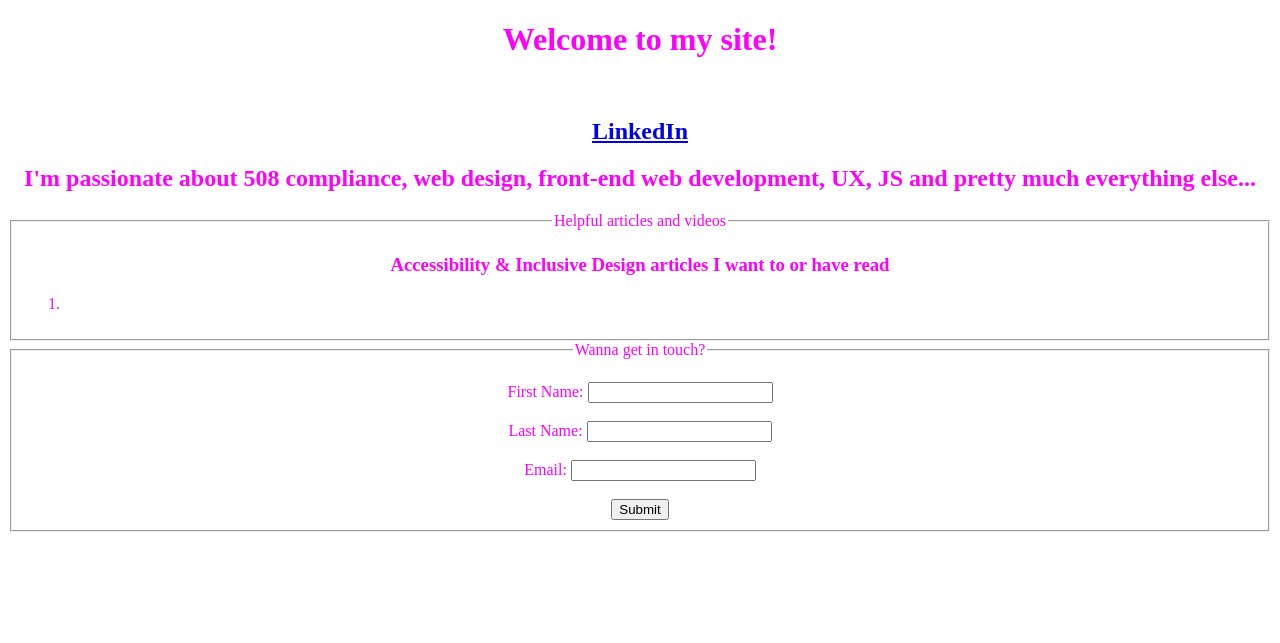
Repository: jasvr/jasvr.io
Page: index.html
An editor plug-in stored every save of this project. The page is shown before and after the next save, followed by the edit.
The browser window is 1280 px wide. The pictures show the whole page.

Above is the page before, as saved 2020-01-10 15:00:04.

### index.html
<!DOCTYPE html>
<html lang="en">
<head>
    <meta charset="UTF-8">
    <meta name="viewport" content="width=device-width, initial-scale=1.0">
    <meta http-equiv="X-UA-Compatible" content="ie=edge">
    <title>Jasmin Vargas</title>
    <link href="style.css" type="text/css" rel="stylesheet">
</head>
<body>
    <h1>Welcome to my site!</h1>
    <br>
    <h2><a href="https://www.linkedin.com/in/jasvrgs/">LinkedIn</a></h2>
    <h2>I'm passionate about 508 compliance, web design, front-end web development, UX, JS and pretty much everything else...</h2>

    <fieldset>
        <legend>Helpful articles and videos</legend>
             <h3>Accessibility & Inclusive Design articles I want to or have read</h3>
             <ol>
                 <li></li>
             </ol>
    </fieldset>


    <fieldset>
        <legend>Wanna get in touch?</legend>
        <div>
            <br>
            <label for ="firstname">First Name: </label>
            <input type="text" name="firstname"/>
        </div>
        <div>
            <br>
            <label for ="lastname">Last Name: </label>
            <input type="text" name="lastname"/>
        </div>
        <div>
            <br>
            <label for ="email">Email: </label>
            <input type="text" name="email"/>

        </div>
        <div>
            <br>
            <input type="submit" value="Submit">
        </div>
    </fieldset>
</body>
</html>

### style.css
body{
    color:magenta;
    text-align:center;
    }

    *:focus{
        outline: 0;
        box-shadow: 0 0 10px #eb0486;
        border-color: #eb0486;
    }

    a:focus{
        color: #eb0486;
        font-weight: bold;
    }

    .button:focus{
        background-color: #eb0486;

    }

After the next save:
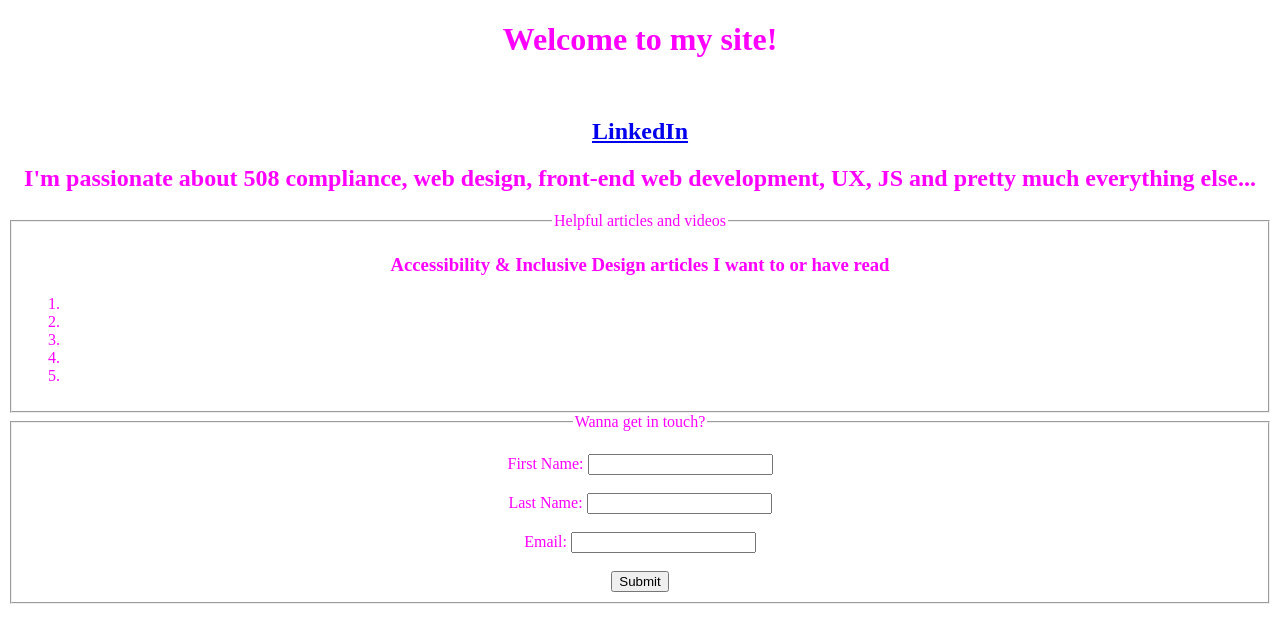
Saved 9 s later.
--- a/index.html
+++ b/index.html
@@ -18,6 +18,11 @@
              <h3>Accessibility & Inclusive Design articles I want to or have read</h3>
              <ol>
                  <li></li>
+                 <li></li>
+                 <li></li>
+                 <li></li>
+                 <li></li>
+
              </ol>
     </fieldset>
 
